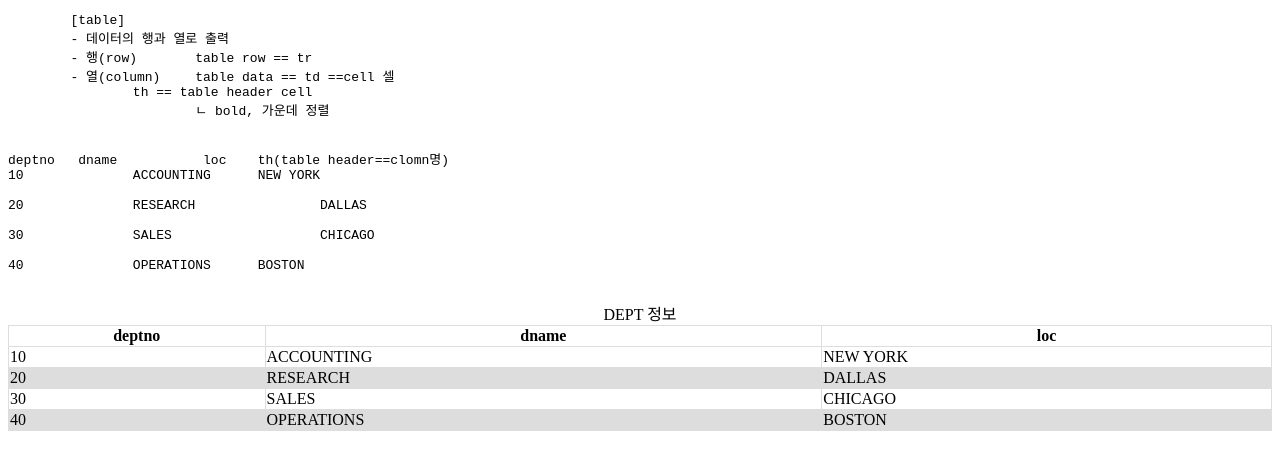
Repository: donggri1/WORKSPACE
Page: WebClass/webPro/src/main/webapp/html/days03/ex07.html
The author's editor kept a copy of each file at every save. The page is drawn from the files as they stood at one save, then again after the next save.
The browser window is 1280 px wide. The pictures show the whole page.

Above is the page before, as saved 2024-03-26 03:47:19.

### WebClass/webPro/src/main/webapp/html/days03/ex07.html
<!DOCTYPE html>
<html>
<head>
<meta charset="UTF-8">
<title>Insert title here</title>
<link rel="shortcut icon" type="image/x-icon" href="http://localhost/webPro/images/SiSt.ico">
<style>
	th,td{
		/* border: solid 1px black; */
		border: 1px solid #DDD;
	}
	table{
		/* background-color: #96D4D4; */
		/* border-spacing: 10px; */
		width: 100%;
		border-collapse: collapse;

	}
	th,td{
		/* background-color: #96d4d4; */
	}
</style>
<style>

 tbody tr:nth-child(even){
/*  tr:nth-child(even){ */
 	background-color: #ddd;
 }
</style>

</head>
<body>
<pre>
	[table]
	- 데이터의 행과 열로 출력
	- 행(row)	table row == tr
	- 열(column)	table data == td ==cell 셀
		th == table header cell
			ㄴ bold, 가운데 정렬


deptno   dname           loc	th(table header==clomn명)
10		ACCOUNTING   	NEW YORK<br>
20		RESEARCH   		DALLAS<br>
30 		SALES   		CHICAGO<br>
40		OPERATIONS  	BOSTON<br>
</pre>


<!-- table 태그의 cellspacing속성 cellpadding 속성
 <table cellspacing="10px" cellpadding = "20px" > -->
<table>
 <caption>DEPT 정보</caption>
 <thead>
  <tr >
  <th >deptno</th>
  <th >dname</th>
  <th >loc</th>
 </tr>
 </thead>

 <tbody>
 <tr>
 	<td>10</td>
 	<td>ACCOUNTING</td>
 	<td>NEW YORK</td>
 </tr>
  <tr>
 	<td>20</td>
 	<td>RESEARCH</td>
 	<td>DALLAS</td>
 </tr>
  <tr>
 	<td>30</td>
 	<td>SALES</td>
 	<td>CHICAGO</td>
 </tr>
  <tr>
 	<td>40</td>
 	<td>OPERATIONS</td>
 	<td>BOSTON</td>
 </tr>
 </tbody>

 <tfoot>
 </tfoot>


</table>


<!-- <table border="2" width=""> -->
<!-- <table border="2" style="width:100%">
 <tr>
  <th width="20%">deptno</th>
  <th width="50%">dname</th>
  <th width="30%">loc</th>
 </tr>

 <tr>
 	<td>10</td>
 	<td>ACCOUNTING</td>
 	<td>NEW YORK</td>
 </tr>
  <tr>
 	<td>20</td>
 	<td>RESEARCH</td>
 	<td>DALLAS</td>
 </tr>
  <tr>
 	<td>30</td>
 	<td>SALES</td>
 	<td>CHICAGO</td>
 </tr>
  <tr>
 	<td>40</td>
 	<td>OPERATIONS</td>
 	<td>BOSTON</td>
 </tr>
</table> -->





</body>
</html>

After the next save:
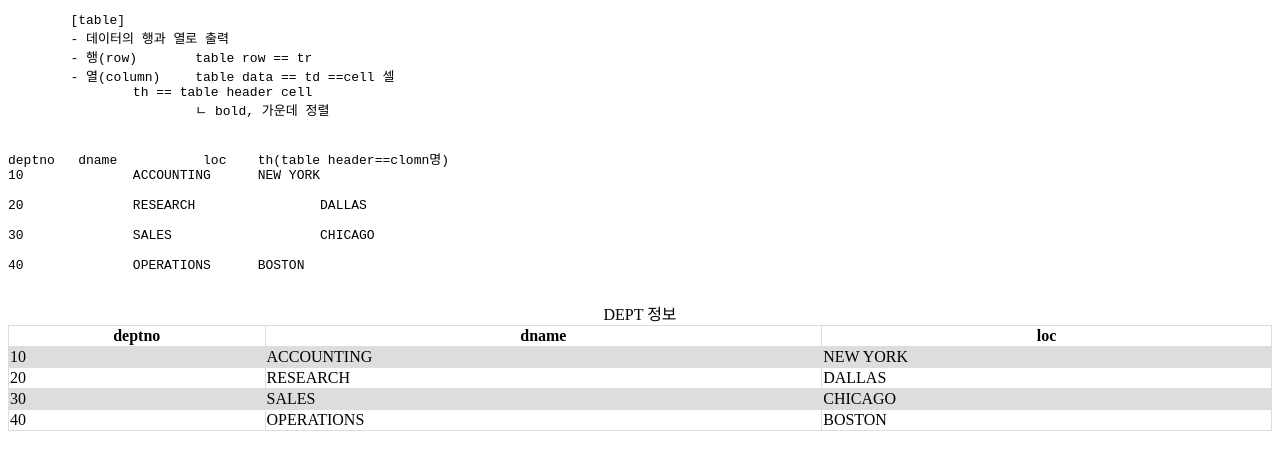
Saved 46 s later.
--- a/WebClass/webPro/src/main/webapp/html/days03/ex07.html
+++ b/WebClass/webPro/src/main/webapp/html/days03/ex07.html
@@ -22,7 +22,7 @@
 </style>
 <style>
 
- tbody tr:nth-child(even){
+ tbody tr:nth-child(odd){
 /*  tr:nth-child(even){ */
  	background-color: #ddd;
  }
